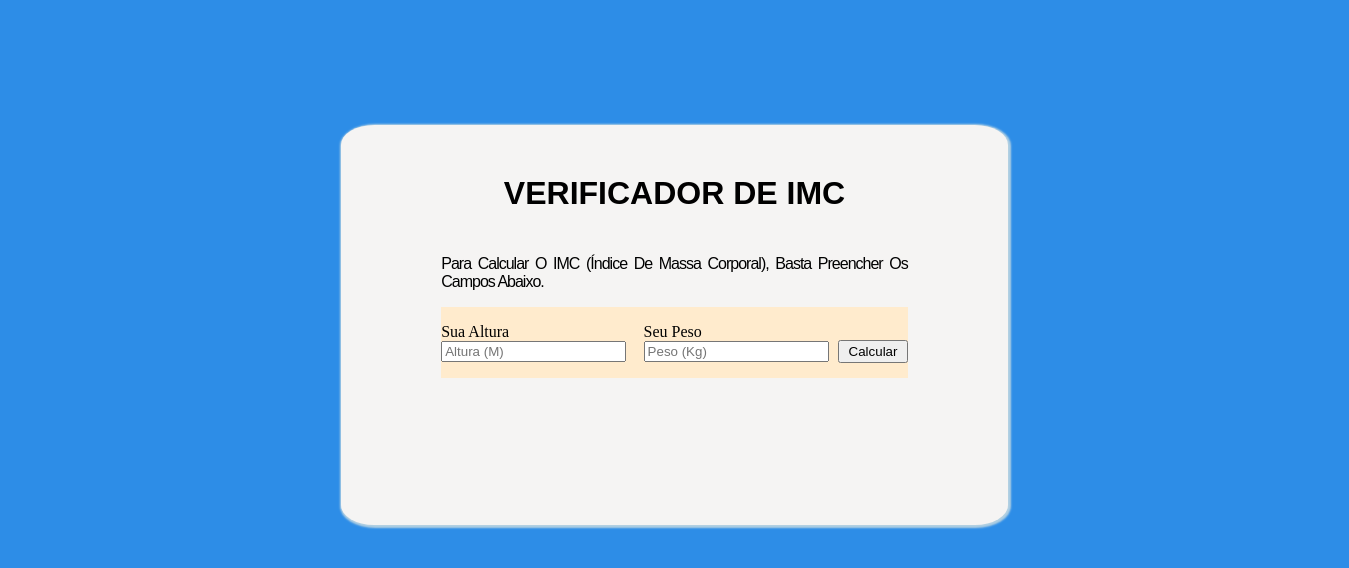
Repository: Ramonuriel/JS-Projetos
Page: Verificador de IMC/index.html
The author's editor kept a copy of each file at every save. The page is drawn from the files as they stood at one save, then again after a run of saves.
The browser window is 1280 px wide. The page is 1349 px wide, so the pictures cover 1349 px, including what lies to the right of the window. The pictures show the whole page.

Above is the page before, as saved 2022-11-15 19:53:28.

### Verificador de IMC/index.html
<!DOCTYPE html>
<html lang="pt-BR">

<head>
  <meta charset="UTF-8">
  <meta http-equiv="X-UA-Compatible" content="IE=edge">
  <meta name="viewport" content="width=device-width, initial-scale=1.0">
  <link rel="stylesheet" href="/CSS/style.css">
  <title>Como está o seu IMC ?</title>
</head>

<body>
  <section class="box">
    <H1 class="title">Verificador de IMC</H1>

    <p class="subtitle">Para calcular o IMC (Índice de Massa Corporal), basta preencher os campos abaixo.

    </p>

    <div class="input">
      <p>
        <label for="altura" class="text-input">sua altura</label>
        <input type="number" name="" id="altura" min="0" required placeholder="Altura (M)">
      </p>
      <p>
        <label for="peso" class="text-input">seu peso</label>
        <input type="number" name="" id="peso" min="0" required placeholder="Peso (Kg)">
      </p>
      <button class="btn" type="submit">Calcular</button>
    </div>


  </section>

</body>

</html>

### Verificador de IMC/CSS/style.css
html {
  margin: 0%;
  padding: 0%;
  width: 1349px;
}

body {
  background: rgb(45, 141, 231);
}
.title {
  margin-top: 50px;
  font-size: 2rem;
  font-family: Arial, sans-serif;
  font-weight: 600;
  text-transform: uppercase;
}

.subtitle {
  margin-left: 100px;
  margin-right: 100px;
  text-align: justify;
  font-size: 1rem;
  font-family: Arial, sans-serif;
  font-weight: 500;
  text-transform: capitalize;
  letter-spacing: -1px;
}

.box {
  margin: auto;
  margin-top: 125px;
  display: flex;
  flex-direction: column;
  border-radius: 5%;
  width: 50%;
  height: 400px;
  background-color: rgb(245, 244, 243);
  box-shadow: 1px 1px 2px 2px rgb(178, 208, 226);

  justify-items: center;
  align-items: center;
}

.input {
  width: 70%;
  background-color: blanchedalmond;
  justify-content: center;
  display: inline-flex;
  flex-direction: row;
}

.text-input {
  font-size: 1rem;
  text-transform: capitalize;
}

.btn {
  width: 18%;
  height: 23px;
  margin-top: 33px;
}

After the next 2 saves:
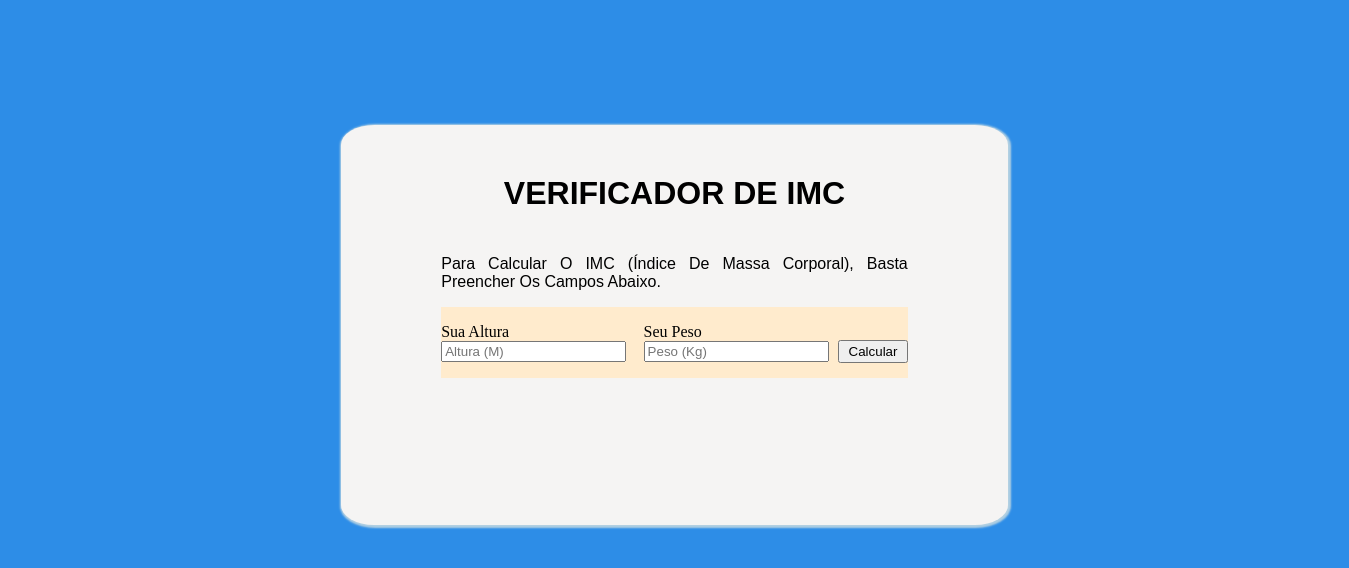
The 2 saves are shown as one change because they came seconds apart.
The last was saved 11 s later.
--- a/Verificador de IMC/CSS/style.css
+++ b/Verificador de IMC/CSS/style.css
@@ -23,7 +23,7 @@
   font-family: Arial, sans-serif;
   font-weight: 500;
   text-transform: capitalize;
-  letter-spacing: -1px;
+  letter-spacing:
 }
 
 .box {

After the 2 saves that followed:
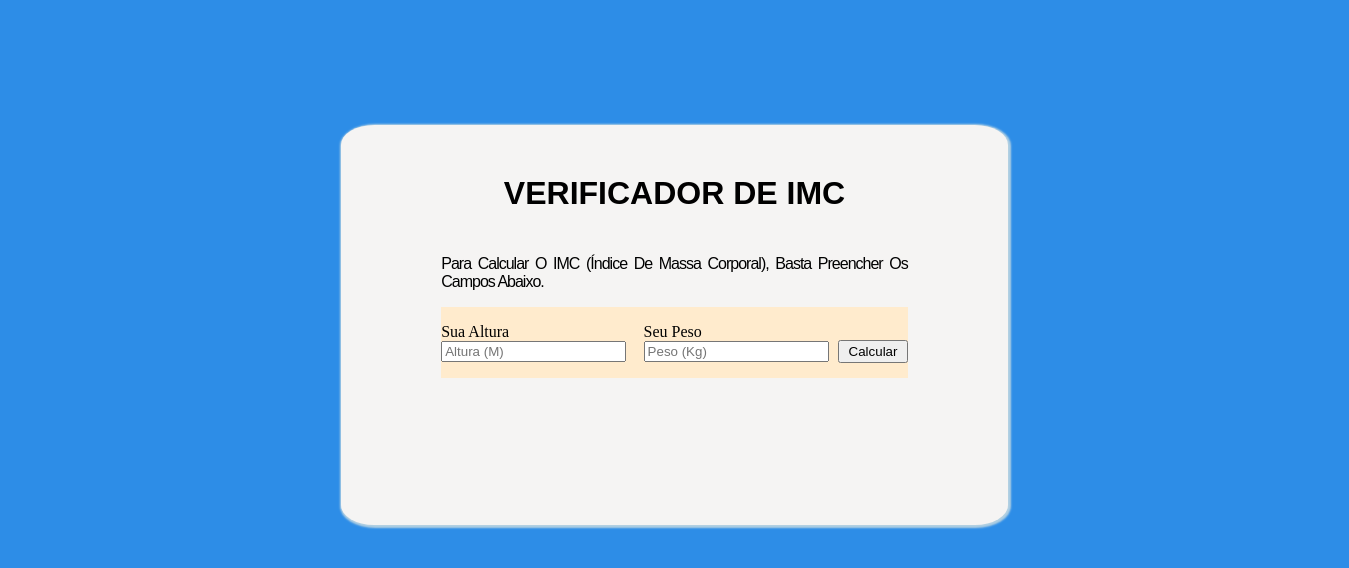
The 2 saves are shown as one change because 1 left the picture as it was.
The last was saved 16 s later.
--- a/Verificador de IMC/CSS/style.css
+++ b/Verificador de IMC/CSS/style.css
@@ -23,7 +23,7 @@
   font-family: Arial, sans-serif;
   font-weight: 500;
   text-transform: capitalize;
-  letter-spacing:
+  letter-spacing: -1px;
 }
 
 .box {
